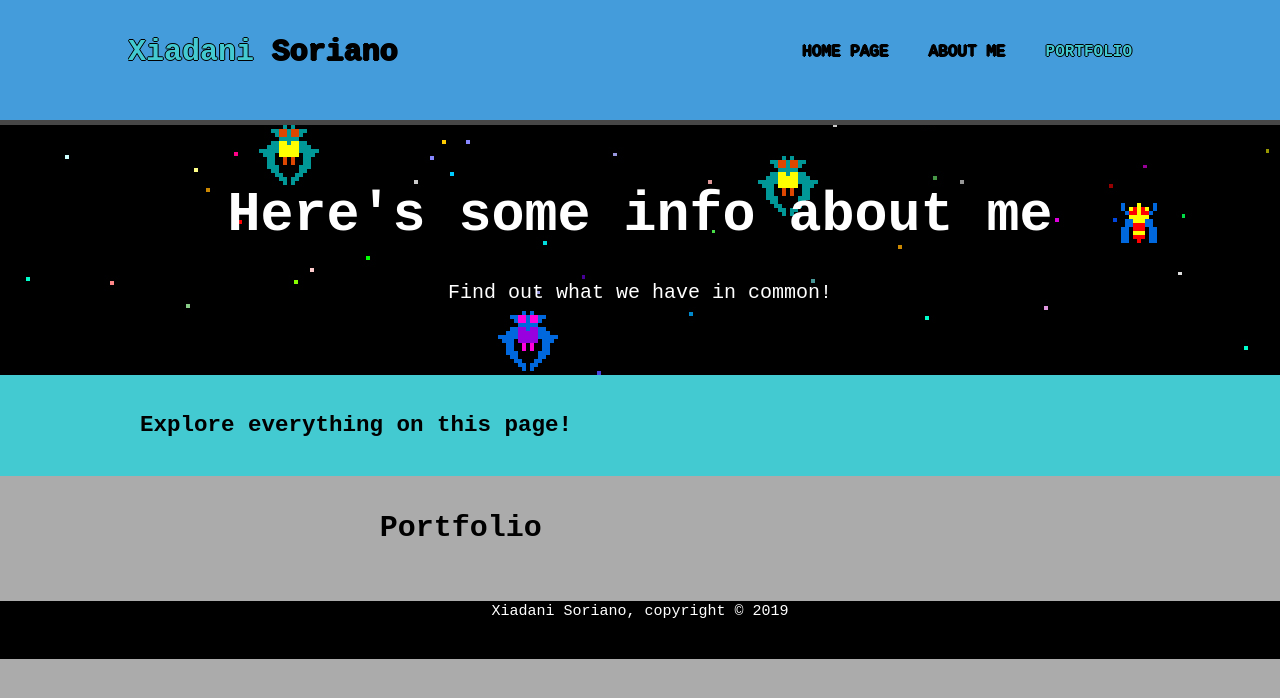
Repository: XiadaniSoriano/XiadaniSoriano2.github
Page: portfolio.html
The author's editor kept a record of every edit. The page is drawn from the files as they stood at one moment, then again after the next edit.
The browser window is 1280 px wide. The pictures show the whole page.

Above is the page before.

After the next edit:
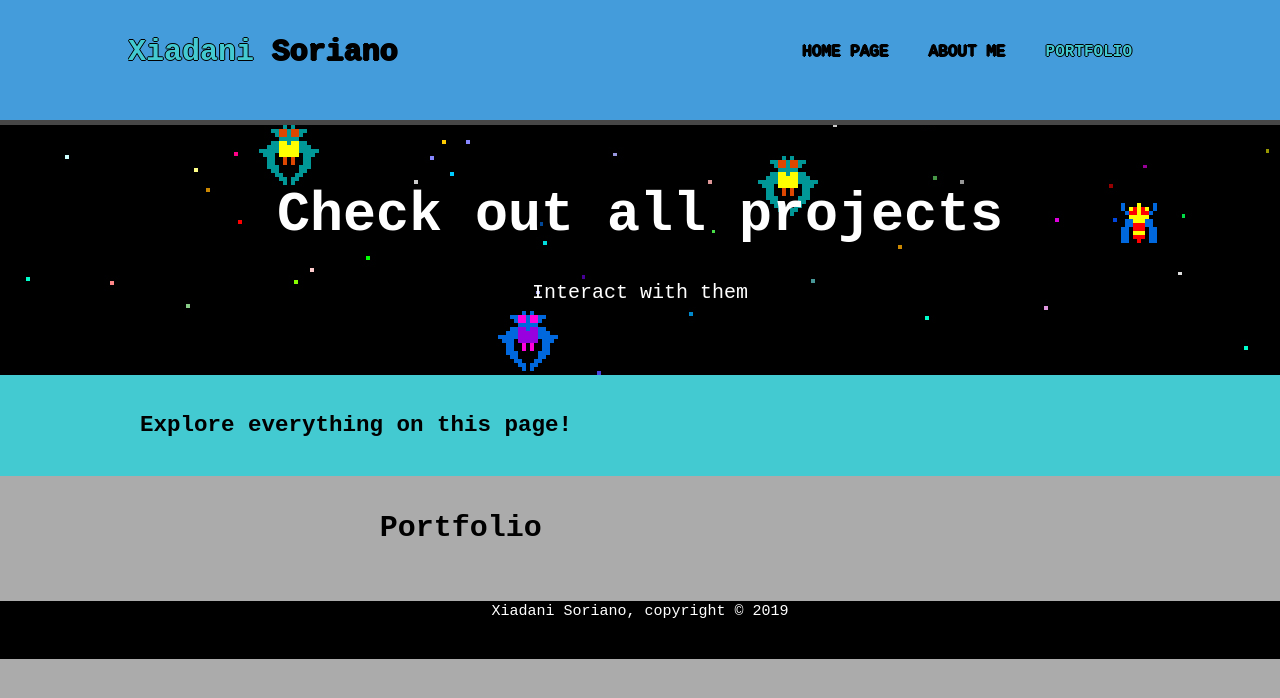
The edit:
--- a/portfolio.html
+++ b/portfolio.html
@@ -30,8 +30,8 @@
 
         <section id="showcase2">
             <div class="container">
-                <h1> Here's some info about me </h1>
-                <p> Find out what we have in common! </p>
+                <h1> Check out all projects </h1>
+                <p> Interact with them </p>
             </div>
         </section>
 
